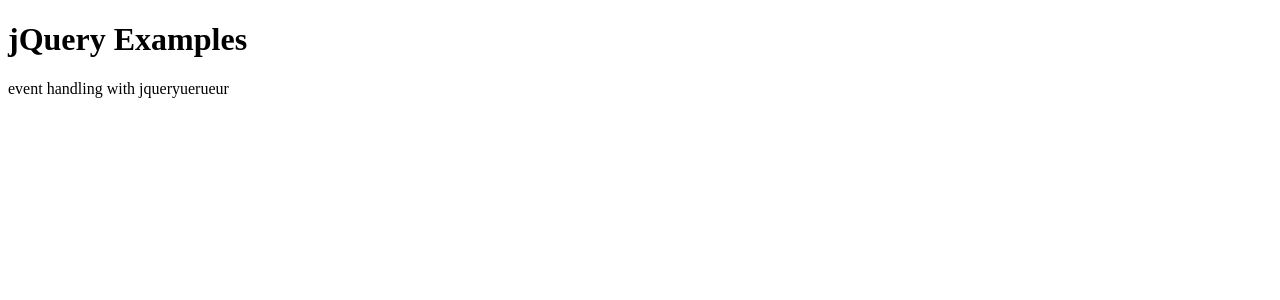
Repository: derekhub/IndiaTrainingProgramProjects
Page: JqueryExamples/WebContent/jQueryLoading.html
The author's editor kept a copy of each file at every save. The page is drawn from the files as they stood at one save, then again after the next save.
The browser window is 1280 px wide. The pictures show the whole page.

Above is the page before, as saved 2016-08-17 06:44:56.

After the next save:
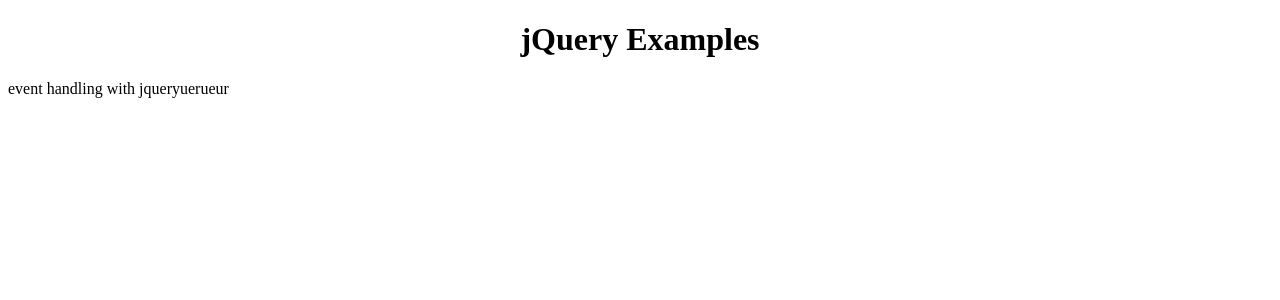
Saved 31 s later.
--- a/JqueryExamples/WebContent/jQueryLoading.html
+++ b/JqueryExamples/WebContent/jQueryLoading.html
@@ -18,7 +18,7 @@
 	//alert("Document ready - 1 called ");
 	$("#target").html("event handling with jqueryuerueur");
 
-	$("hi").css('text-align', 'center');
+	$("h1").css('text-align', 'center');
 
 });
 
